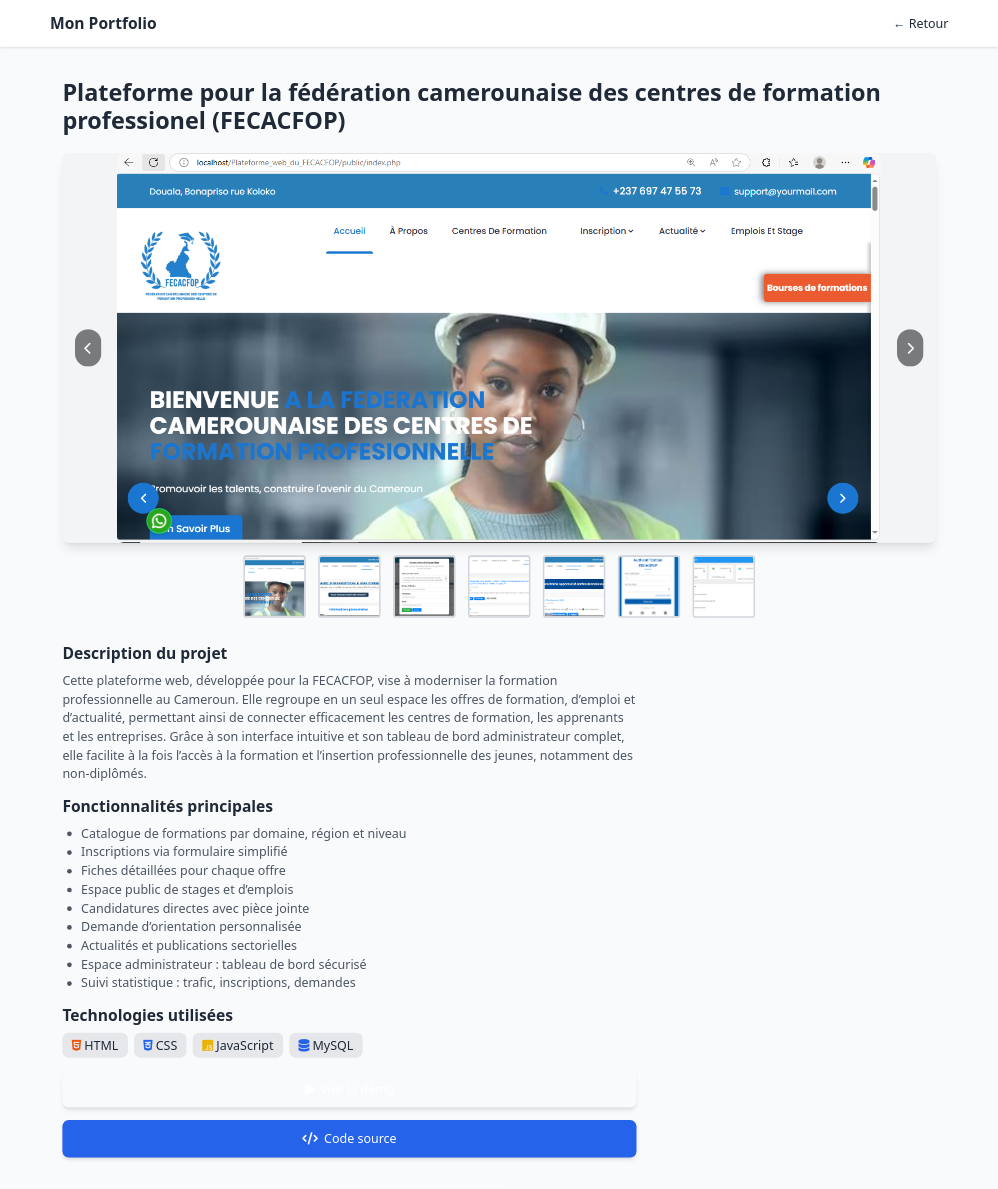
Repository: Edongo999/landry-portfolio
Page: projet-plateforme-web-FECACFOP.html
An editor plug-in stored every save of this project. The page is shown before and after the next save, followed by the edit.
The browser window is 1280 px wide. The pictures show the whole page, at 78% of full size.
Some web libraries are served in a nearby version.

Above is the page before, as saved 2025-09-14 01:52:54.

After the next save:
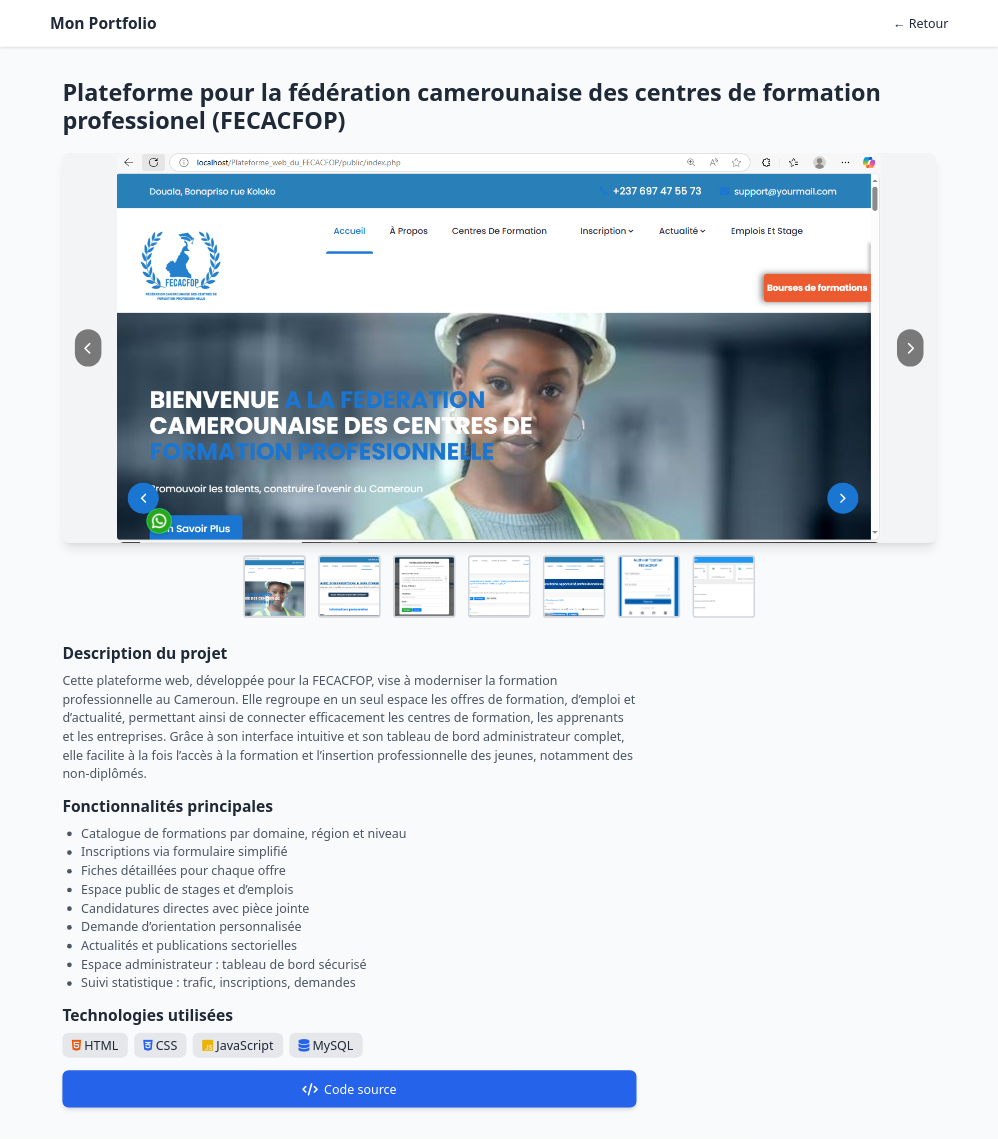
Saved 35 s later.
--- a/projet-plateforme-web-FECACFOP.html
+++ b/projet-plateforme-web-FECACFOP.html
@@ -86,11 +86,7 @@
 
 
 <!-- Colonne droite : boutons avec effet lift -->
-<div class="flex flex-col gap-4 md:sticky md:top-32">
-  <a href="projet-gestion-stagiaires.html" class="flex items-center justify-center w-full bg-primary-600 text-white py-3 rounded-lg text-center
-     hover:bg-primary-700 hover:-translate-y-1 transform transition duration-300 shadow-md hover:shadow-lg">
-    <i class="fas fa-play mr-2"></i> Voir la démo
-  </a>
+
   <a href="https://github.com/toncompte/nom-du-projet" target="_blank" class="flex items-center justify-center w-full bg-blue-600 text-white py-3 rounded-lg text-center
      hover:bg-blue-700 hover:-translate-y-1 transform transition duration-300 shadow-md hover:shadow-lg">
     <i class="fas fa-code mr-2"></i> Code source

After the save that followed:
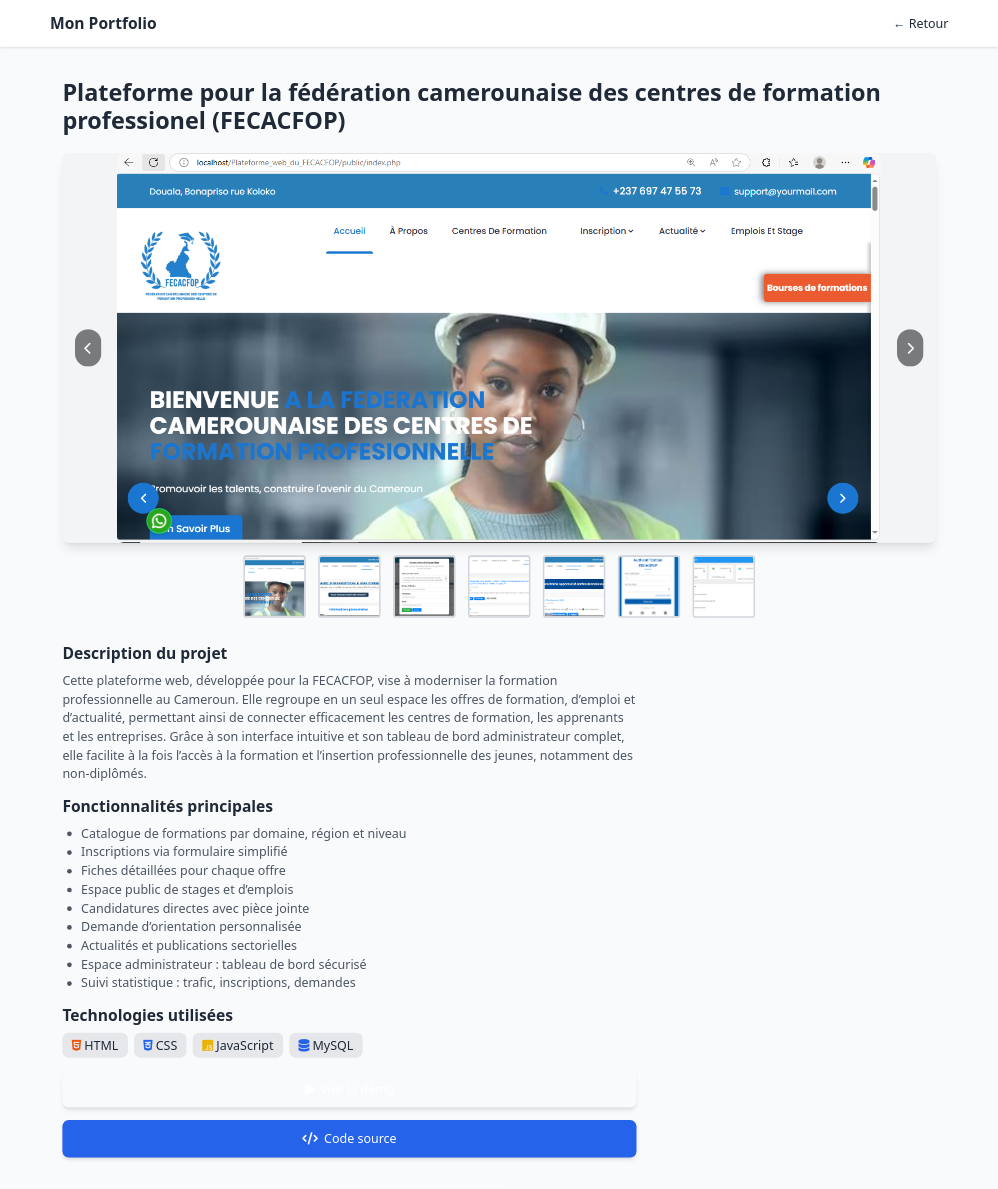
Saved 96 s later.
--- a/projet-plateforme-web-FECACFOP.html
+++ b/projet-plateforme-web-FECACFOP.html
@@ -87,12 +87,18 @@
 
 <!-- Colonne droite : boutons avec effet lift -->
 
-  <a href="https://github.com/toncompte/nom-du-projet" target="_blank" class="flex items-center justify-center w-full bg-blue-600 text-white py-3 rounded-lg text-center
-     hover:bg-blue-700 hover:-translate-y-1 transform transition duration-300 shadow-md hover:shadow-lg">
-    <i class="fas fa-code mr-2"></i> Code source
-  </a>
+  <!-- Colonne droite : boutons -->
+  <div class="flex flex-col gap-4 md:sticky md:top-32">
+    <a href="projet-gestion-stagiaires.html" class="flex items-center justify-center w-full bg-primary-600 text-white py-3 rounded-lg text-center
+       hover:bg-primary-700 hover:-translate-y-1 transform transition duration-300 shadow-md hover:shadow-lg">
+      <i class="fas fa-play mr-2"></i> Voir la démo
+    </a>
+    <a href="https://github.com/toncompte/nom-du-projet" target="_blank" class="flex items-center justify-center w-full bg-blue-600 text-white py-3 rounded-lg text-center
+       hover:bg-blue-700 hover:-translate-y-1 transform transition duration-300 shadow-md hover:shadow-lg">
+      <i class="fas fa-code mr-2"></i> Code source
+    </a>
+  </div>
 </div>
-
 
 
   </section>
